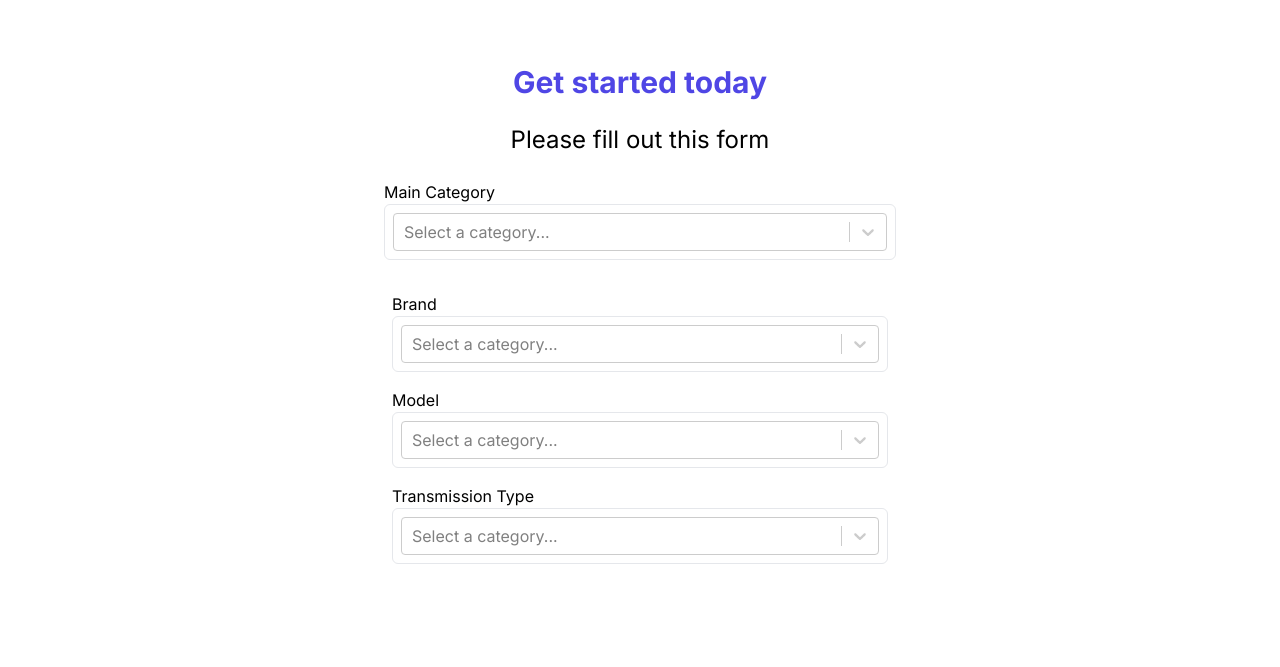
Repository: abdulrahmanmahmood/Mazaady-Portal-Frontend-Task-react-next--1
Page: /
An editor plug-in stored every save of this project. The page is shown before and after the next save, followed by the edit.
The browser window is 1280 px wide. The pictures show the whole page.
The page's requests for data from a server got no answer. The project was rebuilt for these pictures with package versions that can differ from the ones it lists, and the page was loaded fresh each time. The framework's server and built-in components were replaced by stand-ins that run in the browser. No one was signed in, and anything a server would have sent is missing. Also part of the build but not shown: next.config.mjs.

Above is the page before, as saved 2024-01-29 21:24:44.

### app/page.js
"use client";
import Image from "next/image";
import Select from "react-select";
import { useEffect, useState } from "react";
import MCApis from "./_utils/MCApis";
import CarsModels from "./_utils/CarsModels";

export default function Home() {
  const [cats, setCats] = useState([]);
  const [selectedCat, setSelectedCat] = useState(null);
  const [selectedCatChildren, setSelectedCatChildren] = useState([]);
  const [selectedChild, setSelectedChild] = useState(null);
  const [selectedProperty, setSelectedProperty] = useState(null);
  const [otherValue, setOtherValue] = useState("");
  const [CarBrand, setCarBrand] = useState([]);
  const [CarModel, setCarModel] = useState([]);
  const [carType, setCarType] = useState([]);
  const [selectedMainFormValues, setSelectedMainFormValues] = useState({
    mainCategory: "",
    subCategory: "",
    processType: "",
    otherValue: "",
  });

  const [selectedCarValues, setSelectedCarValues] = useState({
    brand: "",
    model: "",
    transmissionType: "",
  });

  useEffect(() => {
    getAllCategories();
    getCarsBrand();
    getCarsModel();
  }, []);

  const getAllCategories = () => {
    MCApis.getAllCats().then((res) => {
      setCats(res.data.data.categories);
    });
  };
  const getCarsBrand = () => {
    CarsModels.getCarBrand().then((res) => {
      setCarBrand(res.data.data[1].options);
      setCarType(res.data.data[2].options);
    });
  };

  const getCarsModel = () => {
    CarsModels.getCarModel().then((res) => {
      // console.log('cars models',res.data.data[0].options);
      setCarModel(res.data.data[0].options);
    });
  };

  const handleChange = (selectedOption) => {
    const selectedCatItem = cats.find((cat) => cat.id === selectedOption.value);

    setSelectedCat(selectedOption);
    setSelectedCatChildren(selectedCatItem?.children || []);
    setSelectedChild(null);
    setSelectedProperty(null);
    setOtherValue("");

    setSelectedMainFormValues((prevValues) => ({
      ...prevValues,
      mainCategory: selectedOption.label,
    }));
  };

  const handleChildChange = (selectedChildOption) => {
    setSelectedChild(selectedChildOption);
    setSelectedProperty(null);
    setOtherValue("");

    setSelectedMainFormValues((prevValues) => ({
      ...prevValues,
      subCategory: selectedChildOption.label,
    }));

  };

  const handlePropertyChange = (selectedPropertyOption) => {
    setSelectedProperty(selectedPropertyOption);
    if (selectedPropertyOption?.value !== "other") {
      setOtherValue("");
    }

    setSelectedMainFormValues((prevValues) => ({
      ...prevValues,
      processType: selectedPropertyOption.label,
    }));
  };

  const handleCarModelChange = (selectedModelOption) => {
    // ... (existing code)
    setSelectedCarValues((prevValues) => ({
      ...prevValues,
      model: selectedModelOption.label,
    }));
  };

  const handleTransmissionTypeChange = (selectedTypeOption) => {
    // ... (existing code)
    setSelectedCarValues((prevValues) => ({
      ...prevValues,
      transmissionType: selectedTypeOption.label,
    }));
  };

  const handleSubmit = () => {
    // Display the selected values in a table or perform other actions
    console.log("Selected Main Form Values:", selectedMainFormValues);
    console.log("Selected Car Values:", selectedCarValues);
  };

  return (
    <div className="mx-auto max-w-screen-xl px-4 py-16 sm:px-6 lg:px-8">
      <div className="mx-auto max-w-lg">
        <h1 className="text-center text-2xl font-bold text-indigo-600 sm:text-3xl">
          Get started today
        </h1>

        <h2 className="text-center text-2xl py-6">Please fill out this form</h2>

        {/* Main Category Dropdown */}
        <label htmlFor="main-category" className="">
          Main Category
        </label>
        <Select
          id="main-category"
          options={cats.map((item) => ({
            value: item?.id,
            label: item?.name,
          }))}
          onChange={handleChange}
          value={selectedCat}
          placeholder="Select a category..."
          className="p-2 border rounded-md focus:outline-none focus:ring focus:border-blue-300 mb-4 w-full"
        />

        {/* Children Category Dropdown */}
        {selectedCat && selectedCatChildren.length > 0 && (
          <>
            <label htmlFor="main-category" className="">
              Sub Category
            </label>

            <Select
              options={selectedCatChildren.map((child) => ({
                value: child.id,
                label: child.name,
              }))}
              onChange={handleChildChange}
              value={selectedChild}
              placeholder="Select a sub-category..."
              className="p-2 border rounded-md focus:outline-none focus:ring focus:border-blue-300 mb-4 w-full"
            />
          </>
        )}

        {/* Property Dropdown */}
        {selectedChild && (
          <>
            <label htmlFor="main-category" className="">
              Process Type
            </label>

            <Select
              options={(selectedChild?.properties || [])
                .map((property) => ({
                  value: property,
                  label: property,
                }))
                .concat([{ value: "other", label: "Other" }])}
              onChange={handlePropertyChange}
              value={selectedProperty}
              placeholder="Select a property..."
              className="p-2 border rounded-md focus:outline-none focus:ring focus:border-blue-300 mb-4 w-full"
            />
          </>
        )}

        {/* Display Selected Category, Children, and Property */}
        {selectedCat && (
          <>
            {selectedProperty && selectedProperty.value === "other" && (
              <input
                type="text"
                value={otherValue}
                onChange={(e) => setOtherValue(e.target.value)}
                placeholder="From user"
                className="mt-4 w-full rounded-md shadow-sm p-3 border"
              />
            )}
            {/* ... (your existing code) */}
          </>
        )}

        <div className="p-2 mt-6">
          <label htmlFor="main-category" className="">
            Brand
          </label>
          <Select
            id="main-category"
            options={CarBrand.map((item) => ({
              value: item?.id,
              label: item?.name,
            }))}
            // onChange={handleChange}
            // value={selectedCat}
            placeholder="Select a category..."
            className="p-2 border rounded-md focus:outline-none focus:ring focus:border-blue-300 mb-4 w-full"
          />
          <label htmlFor="main-category" className="">
            Model
          </label>
          <Select
            id="main-category"
            options={CarModel.map((item) => ({
              value: item?.id,
              label: item?.name,
            }))}
            // onChange={handleChange}
            // value={selectedCat}
            placeholder="Select a category..."
            className="p-2 border rounded-md focus:outline-none focus:ring focus:border-blue-300 mb-4 w-full"
          />
          <label htmlFor="main-category" className="">
            Transmission Type
          </label>
          <Select
            id="main-category"
            options={carType.map((item) => ({
              value: item?.id,
              label: item?.name,
            }))}
            // onChange={handleChange}
            // value={selectedCat}
            placeholder="Select a category..."
            className="p-2 border rounded-md focus:outline-none focus:ring focus:border-blue-300 mb-4 w-full"
          />{" "}
        </div>
      </div>
    </div>
  );
}

### app/_utils/MCApis.js
const { default: axiosClient } = require("./axiosClient");

const getAllCats = ()=>axiosClient.get('/get_all_cats?=');

export default {
  getAllCats
}

### app/_utils/CarsModels.js
const { default: axiosClient } = require("./axiosClient");

const getCarBrand = () => axiosClient.get("/properties?cat=13 (2)");
const getCarModel = () => axiosClient.get("get-options-child/22");

export default {
  getCarBrand,
  getCarModel,
};

### app/_utils/axiosClient.js
const { default: axios } = require("axios");


const apiUrl = "https://staging.mazaady.com/api/v1";
const headers = {
  "private-key": "3%o8i}_;3D4bF]G5@22r2)Et1&mLJ4?$@+16"
};

const axiosClient = axios.create({
  baseURL:apiUrl,
  headers:headers

});

export default axiosClient;

Loaded but not shown: app/layout.js (common file); app/globals.css (common file); tailwind.config.js (common file)

After the next save:
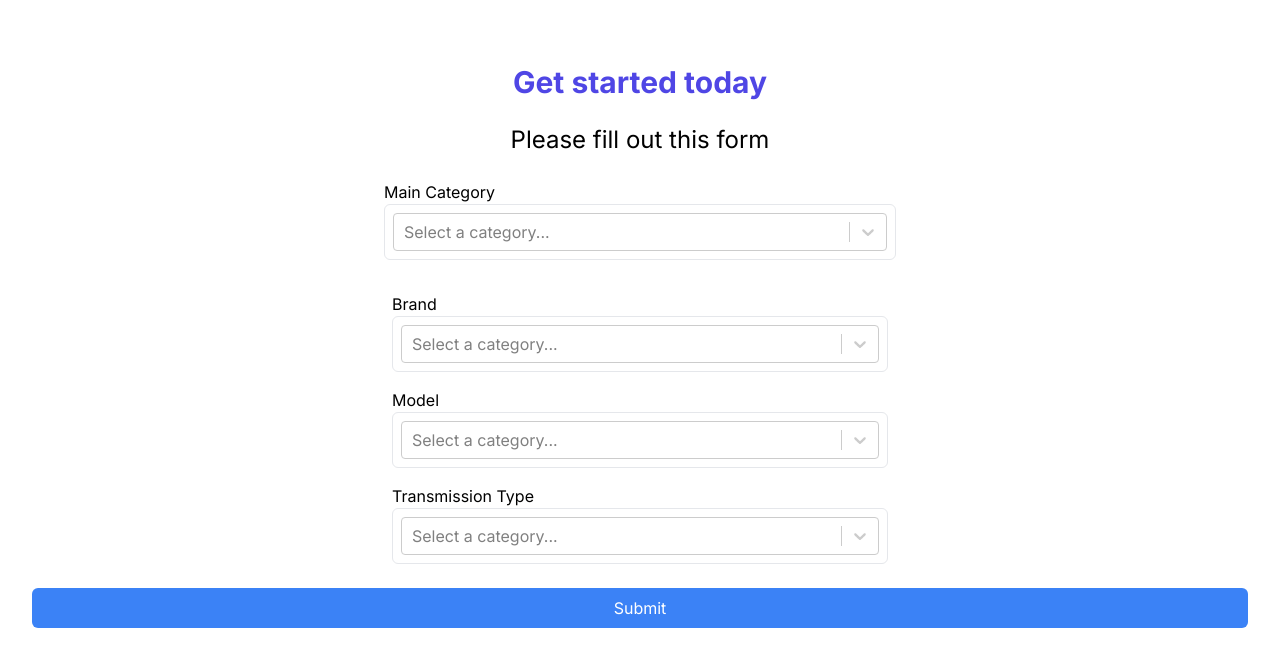
Saved 54 s later.
--- a/app/page.js
+++ b/app/page.js
@@ -242,6 +242,12 @@ export default function Home() {
           />{" "}
         </div>
       </div>
+      <button
+  onClick={handleSubmit}
+  className="bg-blue-500 text-white p-2 rounded-md hover:bg-blue-700 focus:outline-none focus:ring focus:border-blue-300 w-full"
+>
+  Submit
+</button>
     </div>
   );
 }
